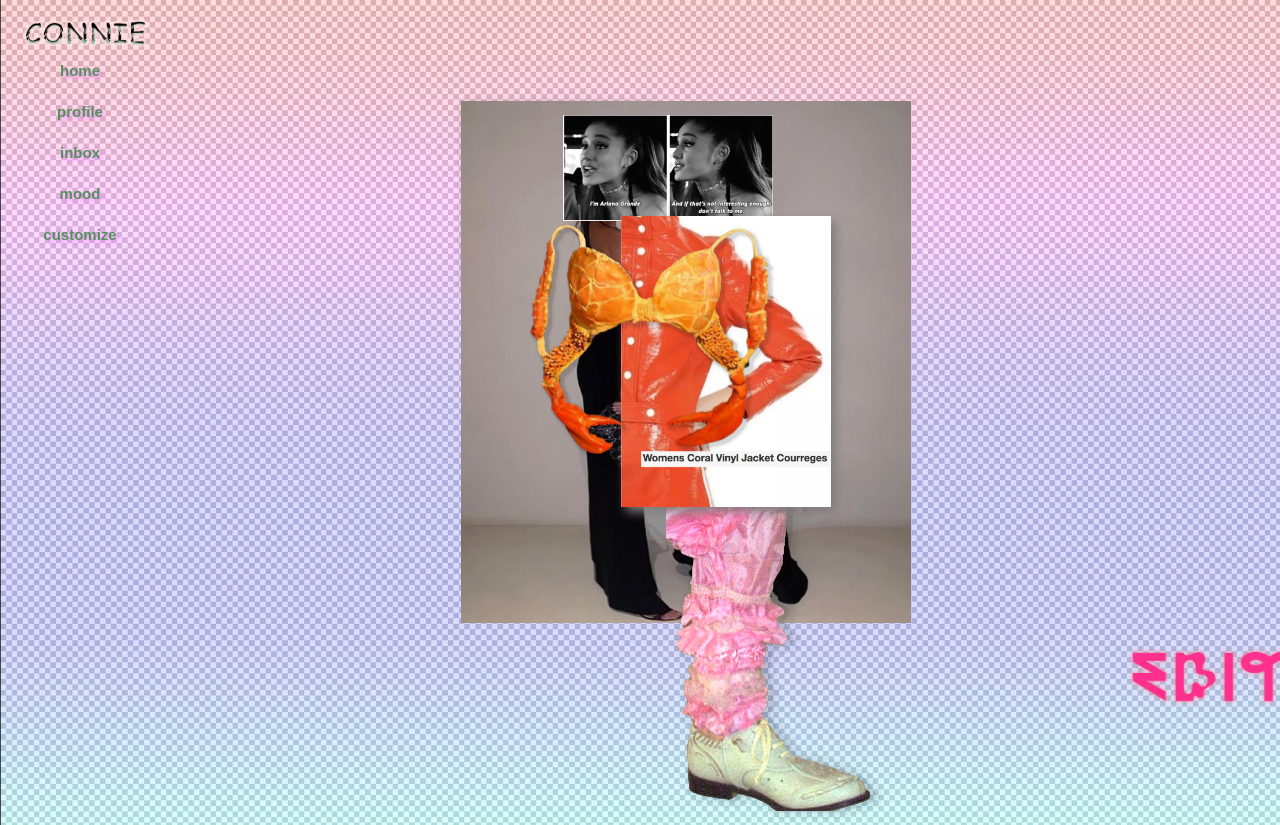
Repository: xuc009/xuc009.github.io
Page: track12/index.html
An editor plug-in stored every save of this project. The page is shown before and after the next save, followed by the edit.
The browser window is 1280 px wide. The pictures show the whole page.
Some web fonts or font styles are not loaded; a fallback is used. Some web libraries are served in a nearby version.

Above is the page before, as saved 2018-12-08 16:54:00.

### track12/index.html
<!DOCTYPE html>
<html lang="en">
  <head>
    <title>Track 12</title>
    <link rel="shortcut icon" href="" />
    <meta charset="utf-8">
    <meta name="description" content="" />
    <meta property="og:image" content=""/>
    <meta name="viewport" content="width=device-width, initial-scale=1" />
    <script src="https://ajax.googleapis.com/ajax/libs/jquery/3.3.1/jquery.min.js"></script>
    <script src="https://www.w3schools.com/lib/w3.js"></script>
    <link href="assets/css/styles.css" media="all" rel="stylesheet" />
    <meta charset="utf-8" />
    <title>jQuery UI Draggable - Default functionality</title>
    <link rel="stylesheet" href="http://code.jquery.com/ui/1.9.2/themes/base/jquery-ui.css" />
    <script src="http://code.jquery.com/jquery-1.8.3.js"></script>
    <script src="http://code.jquery.com/ui/1.9.2/jquery-ui.js"></script>
    <link href="https://fonts.googleapis.com/css?family=Michroma" rel="stylesheet">
    <style>
    .draggable { width: 0px; height: 0px; padding: 0; }
    </style>
    <script>
    $(function() {
        $( ".draggable" ).draggable();
    });
    </script>

  </head>

  <body>

      <div class="dropdown">
          <button class="dropbtn"><img src="assets/img/conniemenu.gif" width="140px"></button>
          <div class="dropdown-content">
            <a href="#">home</a>
            <a href="#">profile</a>
            <a href="#">inbox</a>
            <a href="#">mood</a>
            <a href="#">customize</a>
          </div>
        </div>

      <div class="edit">
        <a href="https://xuc009.github.io/track11/index.html">
        <img src="assets/img/edit.png" width="300px">
        </a>
      </div>

    <div id="draggable1" class="ui-widget-content draggable tooltip">
        <span class="tooltiptext">id.png</span>
       <img src="assets/img/k.jpg" width="450px">
      </div>

      <div id="draggable2" class="ui-widget-content draggable tooltip">
          <span class="tooltiptext">↗ Aaliyah by me 🔗📹🤗🦋✨ ⬈</span>
        <a href="https://xuc009.github.io/track2/index.html" target="_blank">
          <img src="assets/img/ari.jpg" width="210px">
        </a>
      </div>

      <div id="draggable3" class="ui-widget-content draggable tooltip">
          <span class="tooltiptext">https://goo.gl/MuuDqj</span>
          <a href="https://goo.gl/MuuDqj" target="_blank">
          <img src="assets/img/foot1.png" width="220px">
          </a>
        </div>

     <div id="draggable4" class="ui-widget-content draggable four tooltip">
        <span class="tooltiptext">https://ebay.us/9TBpsq</span>
        <a href="https://ebay.us/9TBpsq" target="_blank">
            <img src="assets/img/torsoa1.png" width="210px">
        </a>
          </div>

      <div id="draggable5" class="ui-widget-content draggable five tooltip">
          <span class="tooltiptext">https://www.instagram.com/p/BoPapCyAAdp/</span>
          <a href="https://www.instagram.com/p/BoPapCyAAdp/" target="_blank">
          <img src="assets/img/bra1.png" width="250px">
          </a>
        </div>









      </div>
    </div>

  </body>
</html>

### track12/assets/css/styles.css
* { box-sizing: border-box; }

body{
	background-color: #ffffff;
	background-image: url('../img/background.png');
	background-size: 1500px;
	margin: 0 auto 0 auto;
	display: inline-block;
    font-size: 0px;
}

.tooltip {
    position: relative;
    display: inline-block;
    border-bottom: 1px dotted black;
}

.tooltip .tooltiptext {
    visibility: hidden;
    /* width: 120px; */
    background-color: #FF308D;
    color: #00E6FF;
    text-align: center;
    padding: 5px 10px;
    font-size:15px;
    font-family: Arial, Helvetica, sans-serif;
    font-weight: 400;

    /* Position the tooltip */
    position: fixed;
    z-index: 1;
    bottom: 0px;
    left:0 ;
}

.tooltip:hover .tooltiptext {
    visibility: visible;
}

a { cursor: move; }

.draggable{
    box-shadow: 5px 5px 10px #000000;
}

#draggable1{
    width: 190px;
    height: 187px;
    background: #fff;
    border: none;
    box-shadow: 5px 5px 10px #807d7d;
    cursor: move;
    position: absolute;
    top: 14%;
    left: 36%;
}


#draggable2 {
    /* width: 168px;
    height: 438.38px; */
    border: none;
    box-shadow: 5px 5px 10px #807d7d;
    position: absolute;
    top: 16%;
    left: 44%;
    cursor: move;
}


#draggable3 {
    width: 365px;
    border: none;
    position: absolute;
    top: 65%;
    left: 52%;
    cursor: move;
}



#draggable4{
    position: absolute;
    width: 210px;
    height: 291px;
    top: 30%;
    left: 48.5%;
    cursor: move;
    border: none;
    box-shadow: 5px 5px 10px #807d7d;

}

#draggable5{
    position: absolute;
    top: 31%;
    left: 41%;
    cursor: move;
    border: none;
}

.edit{
    position: fixed;
    bottom:0;
    left: 83%;
    cursor: pointer;
    transition: all 300ms;
}

.edit:hover{
    transform: translateX(3px) translateY(-3px);
    /* transform: scale(1.05); */
}

.dropbtn {
    background-color: Transparent;
    width: 140px;
    height: 26px;
    padding: 16px;
    font-size: 16px;
    border: none;
    outline: none;
}

.dropdown {
    position: relative;
    width: 140px;
    display: inline-block;
}

.dropdown-content {
    display: none;
    position: absolute;
    background-color: transparent;
    min-width: 160px;
    text-shadow: 2px 2px 5px #F48BFF;
    z-index: 1;
    font-size: 15px;
    text-align: center;
    font-family: Arial, Helvetica, sans-serif;
    font-weight: 600;
}

.dropdown-content a {
    color: #52935A;
    padding: 12px 16px;
    text-decoration: none;
    display: block;
}

.dropdown-content a:hover {text-shadow: 2px 2px 5px #54FAFF;}

.dropdown:hover .dropdown-content {display: block;}

.dropdown:hover .dropbtn {background-color: none;}

After the next save:
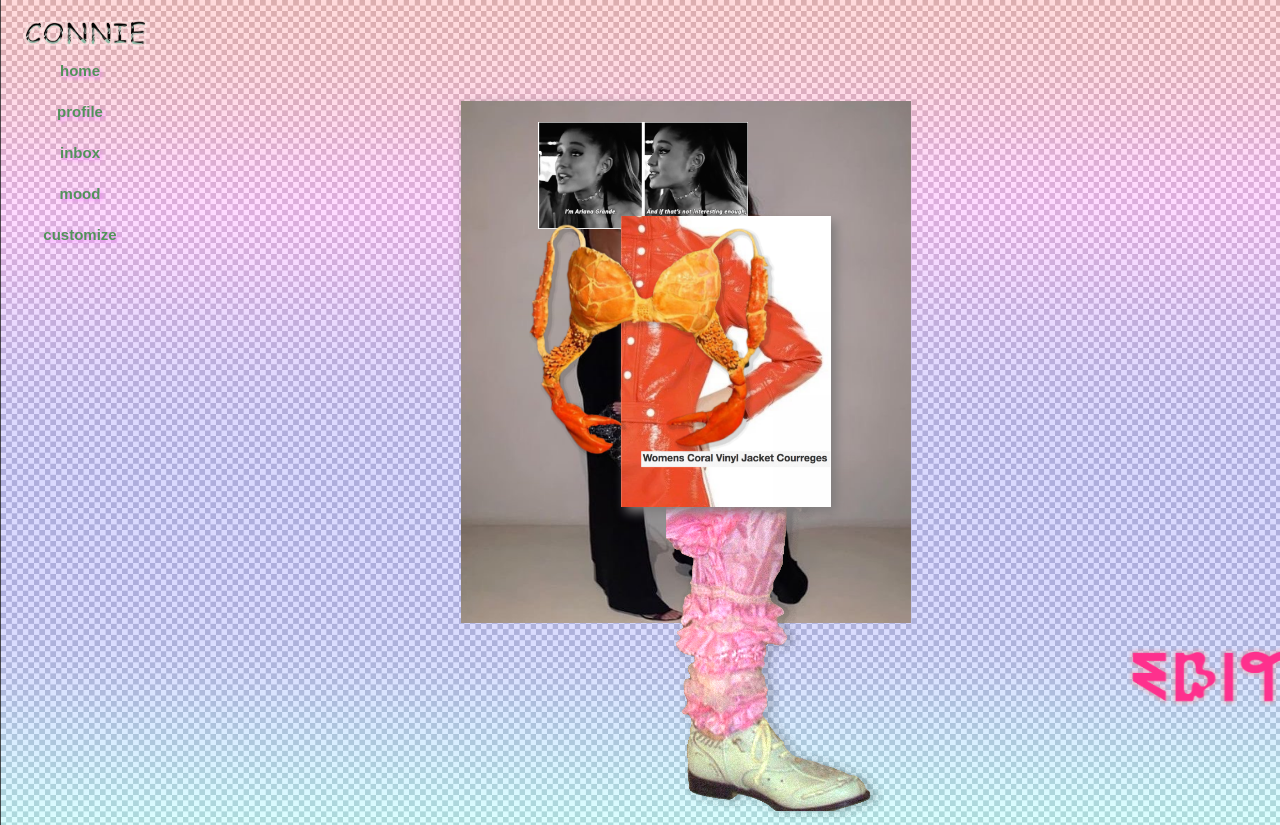
Saved 24 s later.
--- a/track12/assets/css/styles.css
+++ b/track12/assets/css/styles.css
@@ -62,8 +62,8 @@
     border: none;
     box-shadow: 5px 5px 10px #807d7d;
     position: absolute;
-    top: 16%;
-    left: 44%;
+    top: 17%;
+    left: 42%;
     cursor: move;
 }
 
